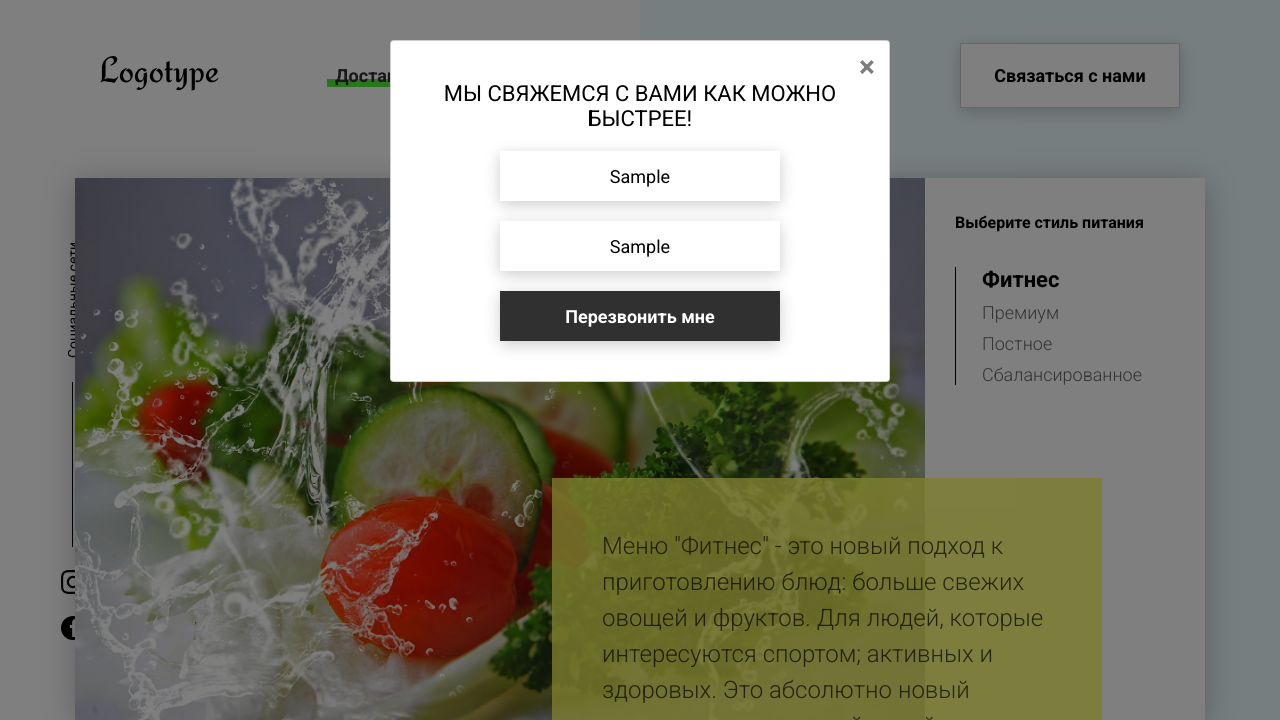
Repository: ne-comilfo/food
Page: index.html
These files come from the project's save history. The page is drawn as it stood at one moment and after the next save; the edit follows.
The browser window is 1280 px wide. The pictures show the window.
Empty fields were first filled with sample values (such as "Sample", 5 or name@example.com).
After loading, the first visible `form.order__form` was submitted once.
The page's requests for data from a server got no answer. A layer covers the whole window, so only the first screen is drawn.

Above is the page before, as saved 2025-08-06 14:18:57.
Console error: TypeError: undefined is not iterable

After the next save:
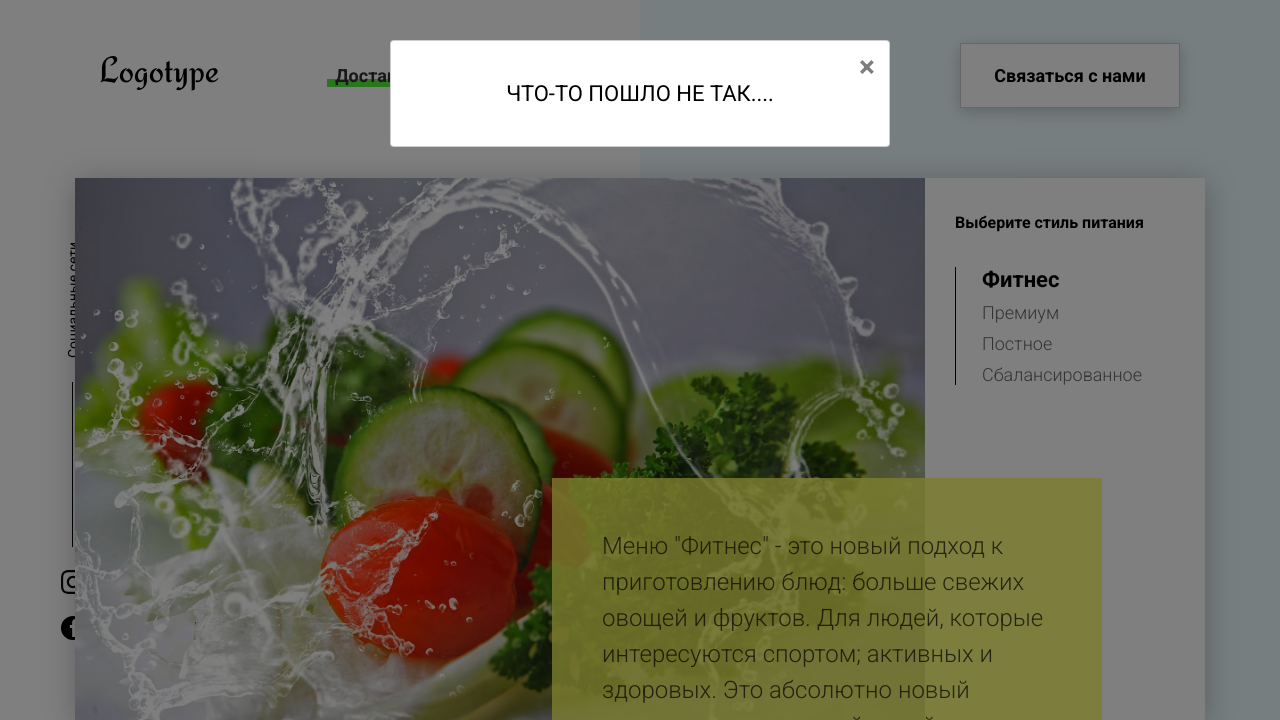
The error is gone.
Saved 4 s later.
--- a/js/script.js
+++ b/js/script.js
@@ -205,7 +205,7 @@ document.addEventListener('DOMContentLoaded', () => {
 
             const formData = new FormData(form); // могу передать так, могу передать в виде JSON
 
-            const json = JSON.stringify(Object.fromEntries(formData.en))
+            const json = JSON.stringify(Object.fromEntries(formData.entries()))
 
                 sendForm('http://localhost:3000/requests', json) // пришел промис
                     .then(data => {
